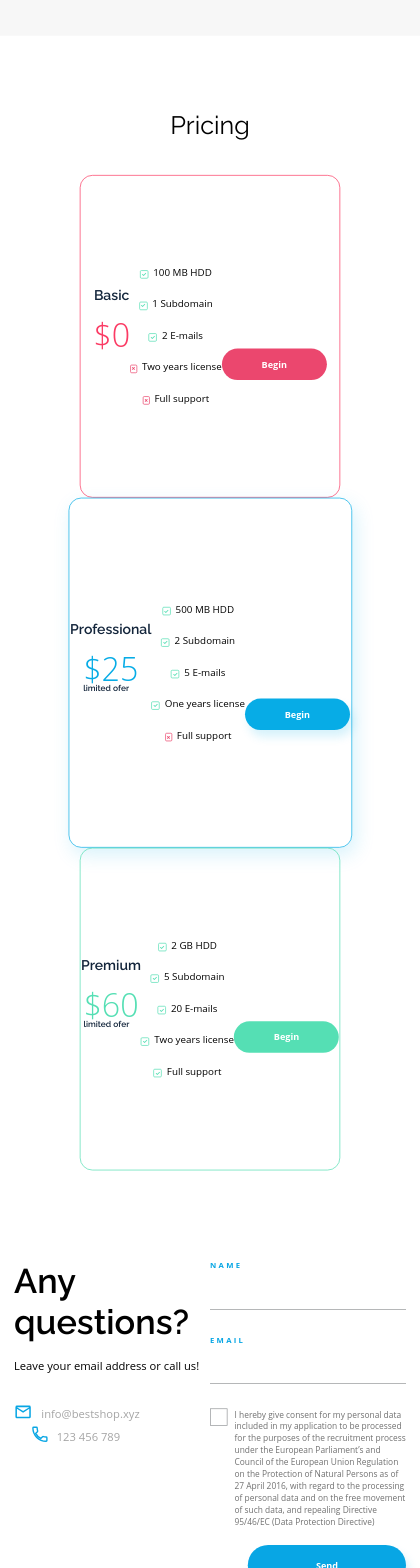
Repository: VolodymyrDubnytskyi/BestShop_project
Page: index.html
These files come from the project's save history. The page is drawn as it stood at one moment and after the next save; the edit follows.
The browser window is 600 px wide. The pictures show the part of the page from y = 2710 to 4950 px (the page is 5192 px tall before and 5288 px after), at 70% of full size.
Some web libraries are served in a nearby version.

Above is the page before, as saved 2020-01-18 12:56:14.

After the next save:
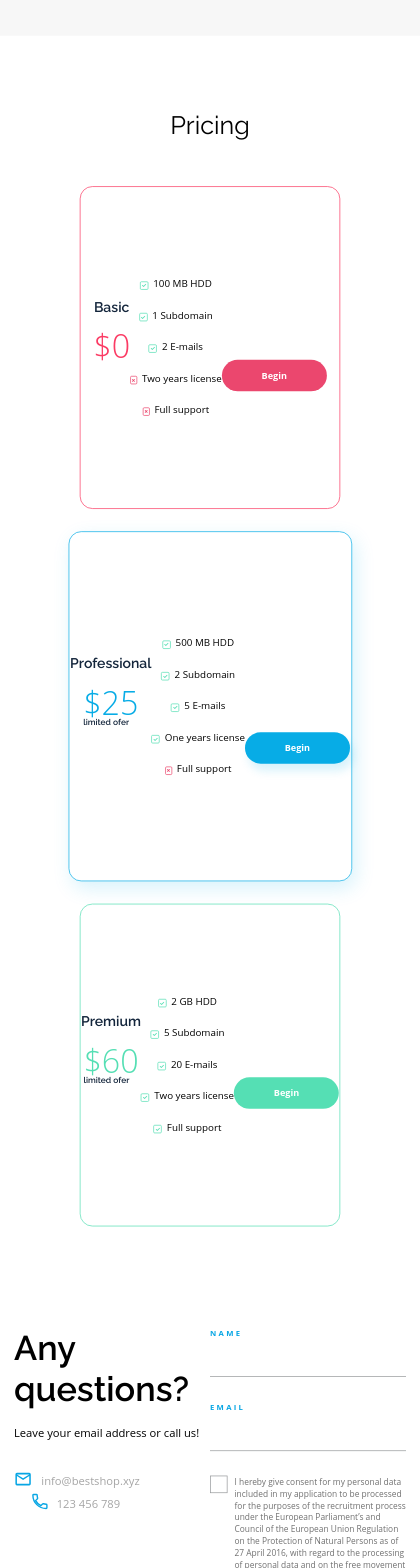
Saved 2 min 7 s later.
--- a/css/style.css
+++ b/css/style.css
@@ -939,6 +939,7 @@ background-color: #eb476d1d;
   }
   .pricing-box {
     flex-direction: row;
+    margin: 16px;
   }
   .pricing-box-basic{
 
